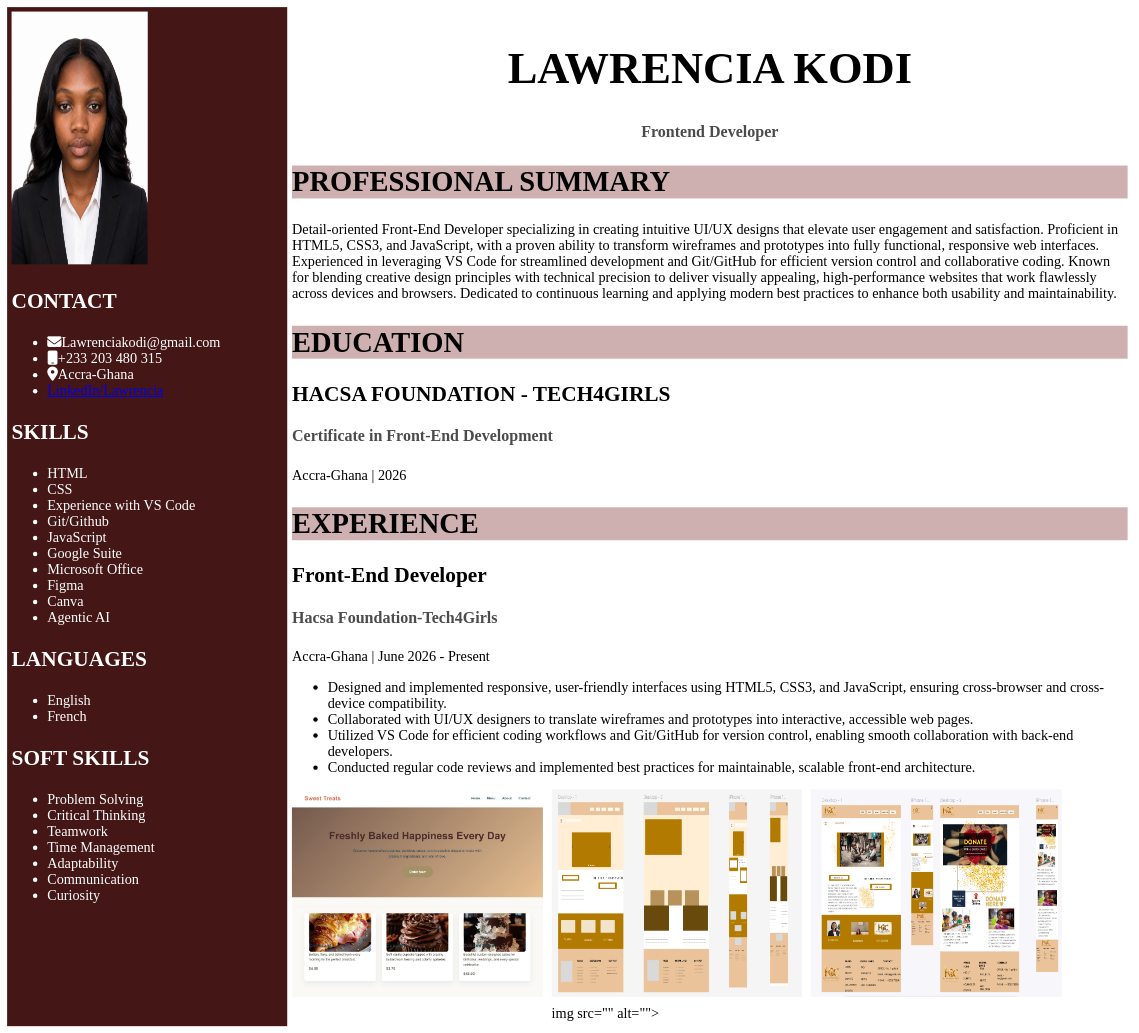
Repository: lawrencia-coder/T4G_CV
Page: index.html
The author's editor kept a copy of each file at every save. The page is drawn from the files as they stood at one save, then again after the next save.
The browser window is 1280 px wide. The pictures show the whole page, at 89% of full size.
Some icons come from a web library that is not loaded, so they are not drawn. Some web libraries are served in a nearby version.

Above is the page before, as saved 2026-07-15 08:45:12.

After the next save:
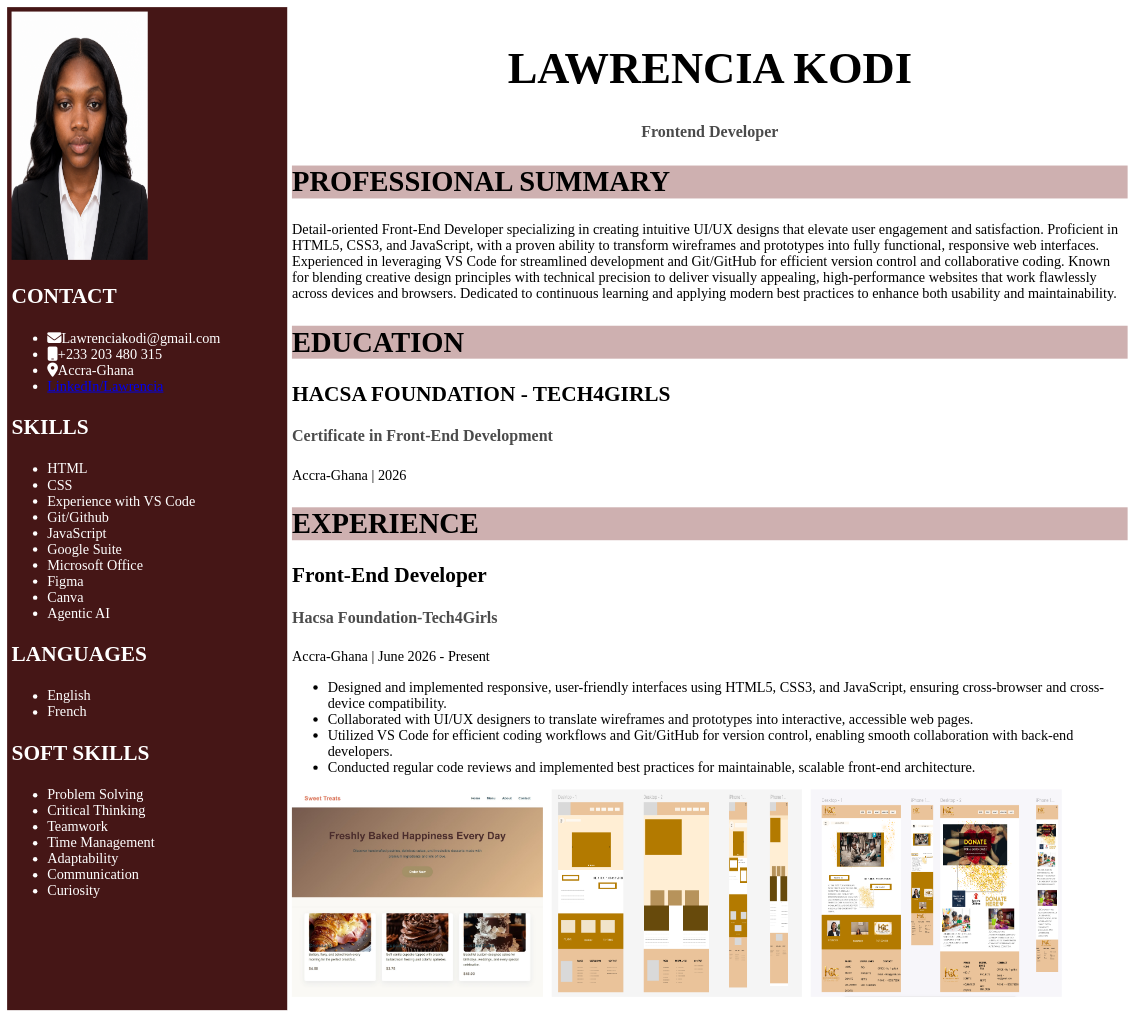
Saved 17 s later.
--- a/index.html
+++ b/index.html
@@ -94,7 +94,7 @@
                     <img src="images/Screenshot 2026-07-15 082621.png" alt="">
                     <img src="images/Screenshot 2026-07-15 082739.png" alt="">
                     <img src="" alt="">
-                    img src="" alt="">
+                    <img src="" alt="">
                  </div>
          </div>
     </div>
